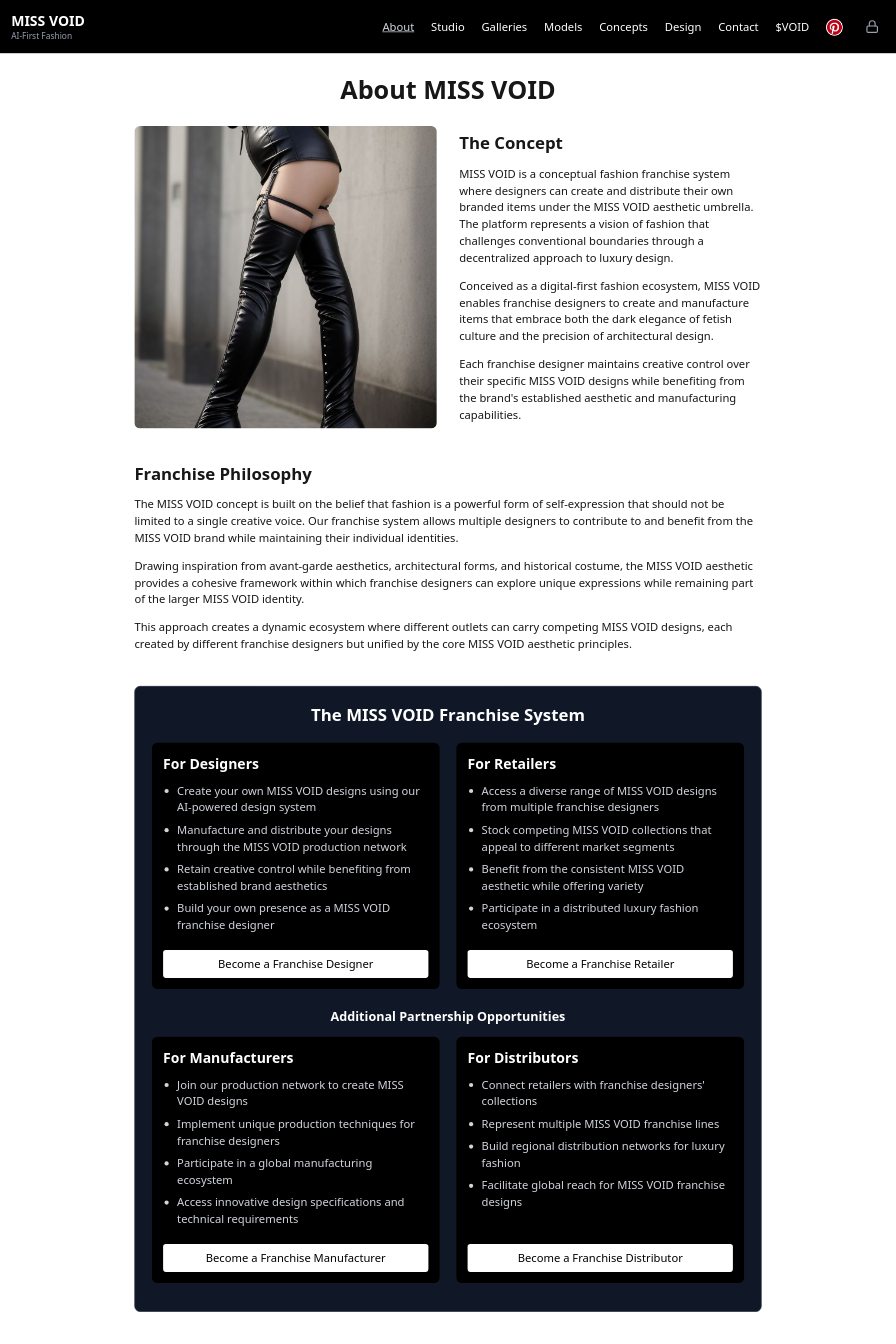
Repository: b0ase/missvoid2
Page: /about
An editor plug-in stored every save of this project. The page is shown before and after the next save, followed by the edit.
The browser window is 1280 px wide. The pictures show the part of the page from y = 0 to 1920 px (the page is 2966 px tall before and 2974 px after), at 70% of full size.
The project was rebuilt for these pictures with package versions that can differ from the ones it lists, and the page was loaded fresh each time. The framework's server and built-in components were replaced by stand-ins that run in the browser. Also part of the build but not shown: next.config.js.

Above is the page before, as saved 2025-05-08 21:15:49.

After the next save:
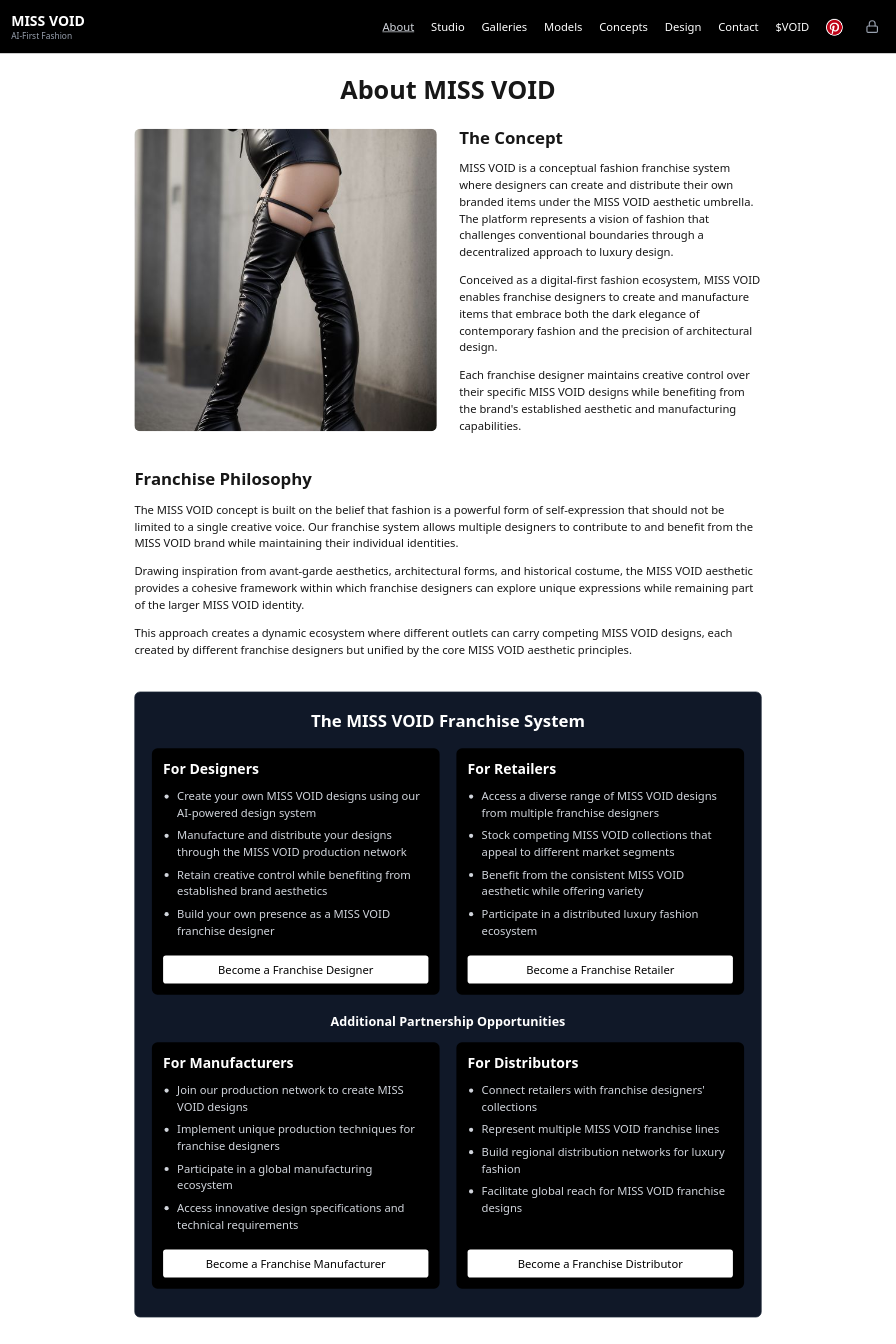
Saved 9 s later.
--- a/src/app/about/page.tsx
+++ b/src/app/about/page.tsx
@@ -27,7 +27,7 @@
             </p>
             <p className="mb-4">
               Conceived as a digital-first fashion ecosystem, MISS VOID enables franchise designers to create and
-              manufacture items that embrace both the dark elegance of fetish culture and the precision of architectural design.
+              manufacture items that embrace both the dark elegance of contemporary fashion and the precision of architectural design.
             </p>
             <p>
               Each franchise designer maintains creative control over their specific MISS VOID designs while benefiting
